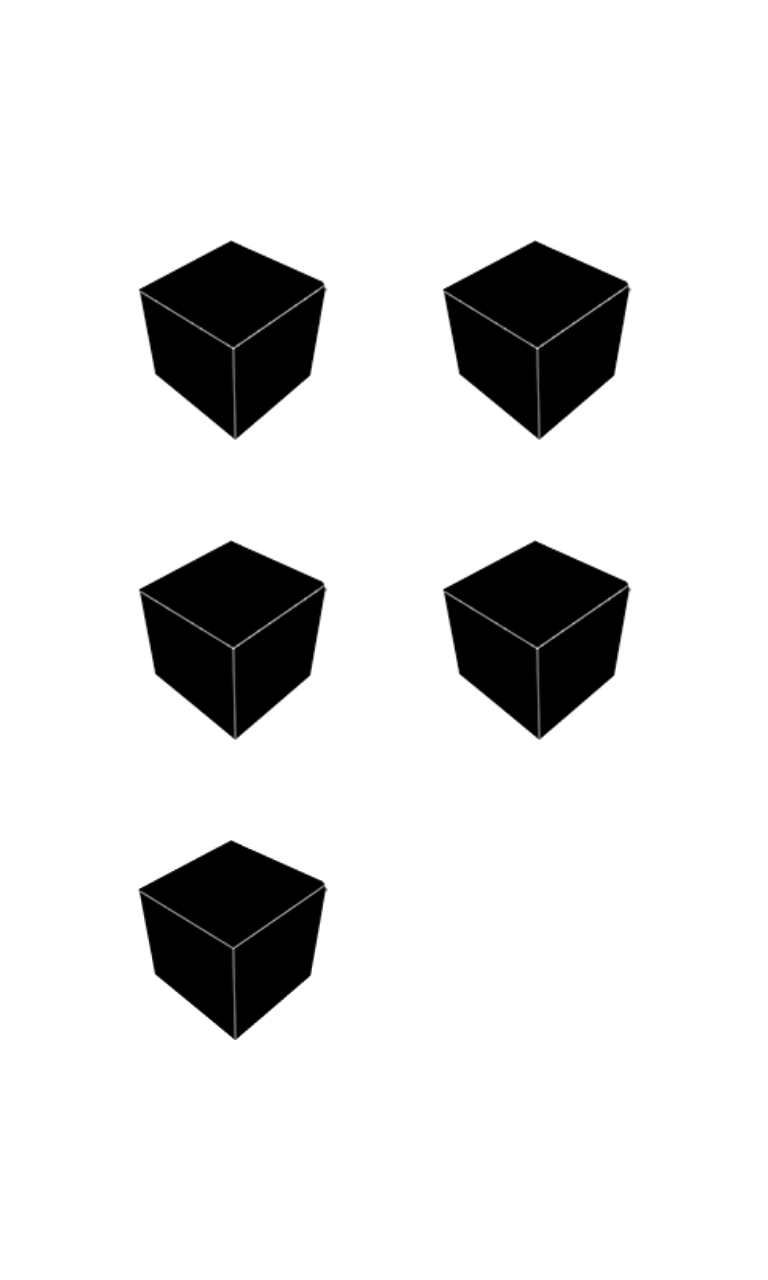
Repository: DSKarramba/university
Layout: models_and_methods_ICS/lab_01/code/calc/res/layout/activity_main.xml
The author's editor kept a copy of each file at every save. The layout is drawn from the files as they stood at one save, then again after the next save.
It is drawn on a 768 x 1280 px phone screen (xhdpi) without system bars, with theme AppTheme; the app's code is not run.

Above is the layout before, as saved 2014-12-11 03:43:33.

### models_and_methods_ICS/lab_01/code/calc/res/layout/activity_main.xml
<RelativeLayout xmlns:android="http://schemas.android.com/apk/res/android"
    xmlns:tools="http://schemas.android.com/tools"
    android:layout_width="match_parent"
    android:layout_height="match_parent"
    android:layout_gravity="top"
    android:paddingBottom="@dimen/activity_vertical_margin"
    android:paddingLeft="@dimen/activity_horizontal_margin"
    android:paddingRight="@dimen/activity_horizontal_margin"
    android:paddingTop="@dimen/activity_vertical_margin"
    tools:context="com.example.calc.MainActivity" >

    <ImageButton
        android:id="@+id/img1"
        android:layout_width="100dp"
        android:layout_height="100dp"
        android:layout_above="@+id/img3"
        android:layout_alignLeft="@+id/img3"
        android:layout_marginBottom="50dp"
        android:background="@android:color/transparent"
        android:contentDescription="@string/str_box"
        android:scaleType="fitCenter"
        android:src="@drawable/box" />

    <ImageButton
        android:id="@+id/img2"
        android:layout_width="100dp"
        android:layout_height="100dp"
        android:layout_above="@+id/img4"
        android:layout_alignRight="@+id/img4"
        android:layout_marginBottom="50dp"
        android:background="@android:color/transparent"
        android:contentDescription="@string/str_box"
        android:scaleType="fitCenter"
        android:src="@drawable/box" />

    <ImageButton
        android:id="@+id/img3"
        android:layout_width="100dp"
        android:layout_height="100dp"
        android:layout_alignParentLeft="true"
        android:layout_centerVertical="true"
        android:layout_marginLeft="50dp"
        android:background="@android:color/transparent"
        android:contentDescription="@string/str_box"
        android:scaleType="fitCenter"
        android:src="@drawable/box" />

    <ImageButton
        android:id="@+id/img4"
        android:layout_width="100dp"
        android:layout_height="100dp"
        android:layout_alignParentRight="true"
        android:layout_centerVertical="true"
        android:layout_marginRight="50dp"
        android:background="@android:color/transparent"
        android:contentDescription="@string/str_box"
        android:scaleType="fitCenter"
        android:src="@drawable/box" />

    <ImageButton
        android:id="@+id/img5"
        android:layout_width="100dp"
        android:layout_height="100dp"
        android:layout_alignLeft="@+id/img3"
        android:layout_below="@+id/img3"
        android:layout_marginTop="50dp"
        android:background="@android:color/transparent"
        android:contentDescription="@string/str_box"
        android:scaleType="fitCenter"
        android:src="@drawable/box" />

    <ImageButton
        android:id="@+id/img6"
        android:layout_width="100dp"
        android:layout_height="100dp"
        android:layout_alignRight="@+id/img3"
        android:layout_below="@+id/img3"
        android:layout_marginTop="50dp"
        android:background="@android:color/transparent"
        android:contentDescription="@string/str_box"
        android:scaleType="fitCenter"
        android:src="@drawable/box" />

</RelativeLayout>

### models_and_methods_ICS/lab_01/code/calc/res/values/strings.xml
<?xml version="1.0" encoding="utf-8"?>
<resources>

    <string name="app_name">cats</string>
    <string name="action_settings">Settings</string>
    <string name="str_box">box</string>

</resources>

Loaded but not shown: models_and_methods_ICS/lab_01/code/calc/res/values/styles.xml (common file); models_and_methods_ICS/lab_01/code/calc/res/values-v11/styles.xml (common file); models_and_methods_ICS/lab_01/code/calc/res/values-v14/styles.xml (common file); models_and_methods_ICS/lab_01/code/calc/res/values/dimens.xml (common file); models_and_methods_ICS/lab_01/code/calc/res/values-w820dp/dimens.xml (common file)

After the next save:
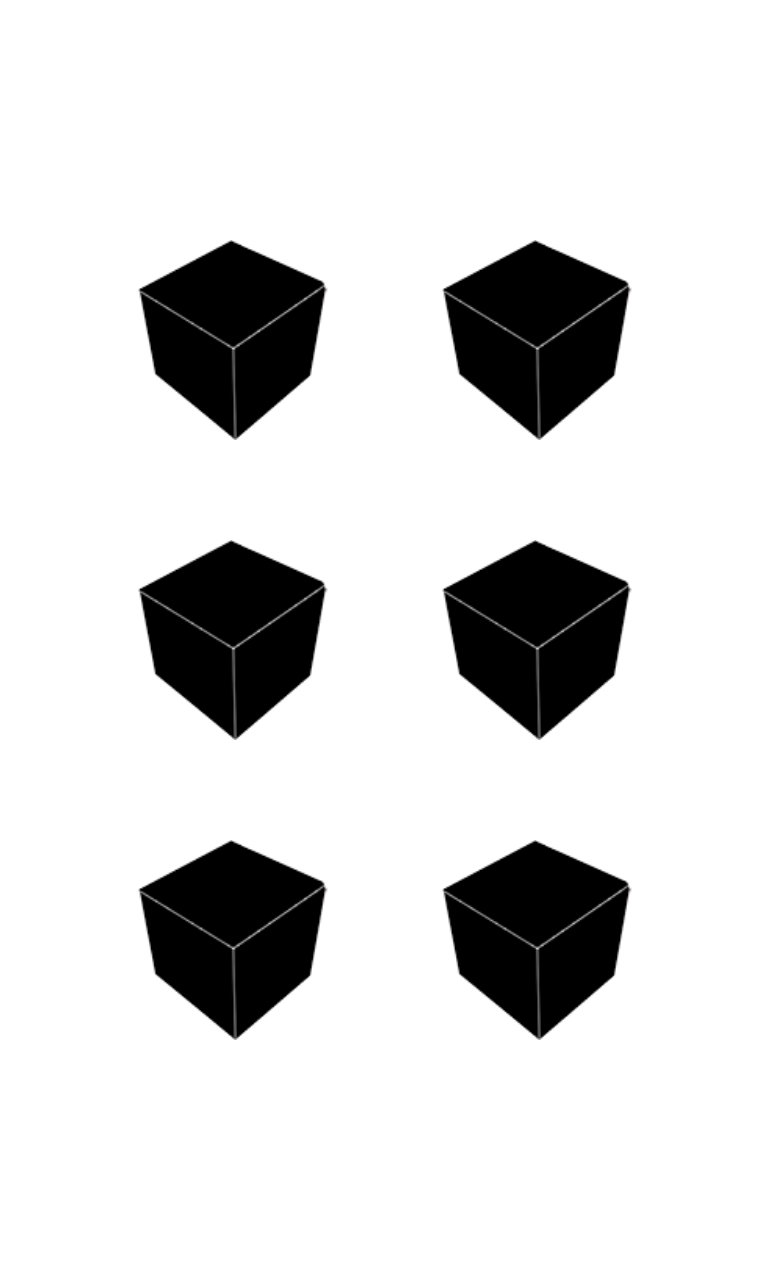
Saved 5 s later.
--- a/models_and_methods_ICS/lab_01/code/calc/res/layout/activity_main.xml
+++ b/models_and_methods_ICS/lab_01/code/calc/res/layout/activity_main.xml
@@ -73,8 +73,8 @@
         android:id="@+id/img6"
         android:layout_width="100dp"
         android:layout_height="100dp"
-        android:layout_alignRight="@+id/img3"
-        android:layout_below="@+id/img3"
+        android:layout_alignRight="@+id/img4"
+        android:layout_below="@+id/img4"
         android:layout_marginTop="50dp"
         android:background="@android:color/transparent"
         android:contentDescription="@string/str_box"
